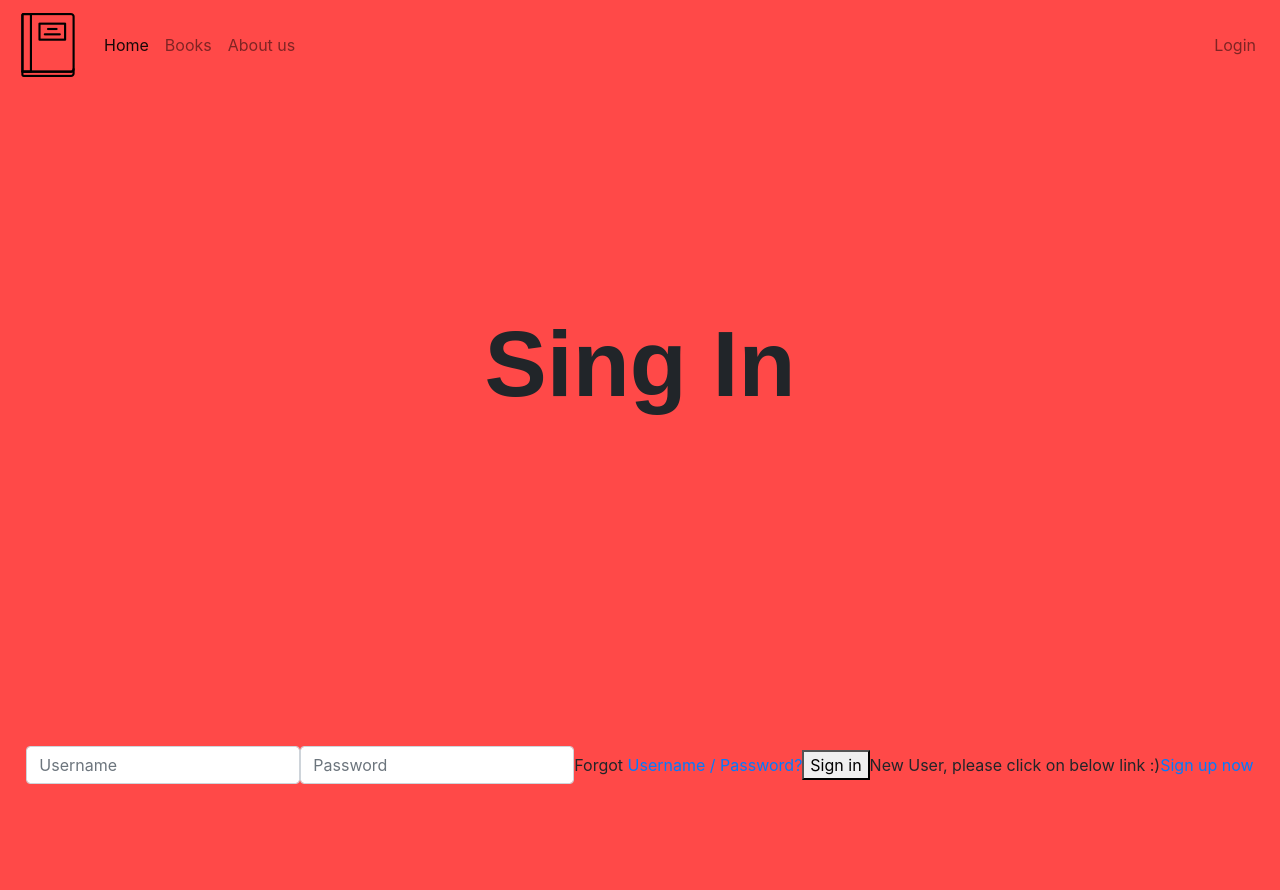
Repository: abhishekgandhi2398/BookStore
Page: http://localhost/BookStore/ulogin.jsp
An editor plug-in stored every save of this project. The page is shown before and after the next save, followed by the edit.
The browser window is 1280 px wide. The pictures show the whole page.
The page is served by Tomcat 9. Other server files are loaded and not shown.

Above is the page before, as saved 2019-12-06 15:22:59.
Console error: TypeError: Cannot read properties of undefined (reading 'fn')

### ProjectJava/BookStore/WebContent/ulogin.jsp
<%@ page language="java" contentType="text/html; charset=ISO-8859-1"
    pageEncoding="ISO-8859-1"%>
<!DOCTYPE html>
<html>
<head>
<meta charset="ISO-8859-1">

<link rel="stylesheet" href="https://maxcdn.bootstrapcdn.com/bootstrap/4.0.0/css/bootstrap.min.css">
<script src="https://maxcdn.bootstrapcdn.com/bootstrap/4.0.0/js/bootstrap.min.js"></script>


<title>Insert title here</title>
</head>
<body>


<nav class="navbar navbar-expand-lg navbar-light" style="background-color: #FF4948">
  <img src="img/logo.png" class="navbar-brand">
  <button class="navbar-toggler" type="button" data-toggle="collapse" data-target="#navbarTogglerDemo02" aria-controls="navbarTogglerDemo02" aria-expanded="false" aria-label="Toggle navigation">
    <span class="navbar-toggler-icon"></span>
  </button>

  <div class="collapse navbar-collapse" id="navbarTogglerDemo02">
    <ul class="navbar-nav mr-auto mt-2 mt-lg-0">
      <li class="nav-item active">
        <a class="nav-link" href="1.jsp">Home <span class="sr-only">(current)</span></a>
      </li>
      <li class="nav-item">
        <a class="nav-link" href="User_Products.jsp">Books</a>
      </li>
      <li class="nav-item">
        <a class="nav-link" href="#">About us</a>
      </li>
    </ul>

    <form class="form-inline my-2 my-lg-0">
        <ul class="navbar-nav mr-auto mt-2 mt-lg-0">

     <%
String q=(String)session.getAttribute("mobno");

if(q==null)
{
     %>
       <li class="nav-item">
        <a class="nav-link" href="ulogin.jsp">Login</a>
      </li>
<%}
else
{ %>
      <li class="nav-item">
        <a class="nav-link" href="vc.jsp">View Cart</a>
      </li>
      <li class="nav-item">
        <a class="nav-link" href="vieworderuser.jsp">View Orders</a>
      </li>
        <li class="nav-item">
        <a class="nav-link" href="ulogout.jsp">Logout</a>
      </li>

  <%      }


%>
      </ul>


    </form>
  </div>
</nav>



				<form class="login100-form validate-form p-l-55 p-r-55 p-t-178" method="get" action="login.jsp">


<div style="background-color: #FF4948; height: 550px; width: 100%;" class="d-flex justify-content-center  align-items-center">





					<b style="font-family: sans-serif; font-size: 70pt;">Sing In</b>

</div>

<div style="background-color: #FF4948; height: 250px; width: 100%;" class="d-flex justify-content-center  align-items-center">

					<br>
					<br>

					<div class="wrap-input100 validate-input m-b-16" data-validate="Please enter Mobile No.">
						<input class="form-control" type="number" name="mobile" placeholder="Username">
						<span class="focus-input100"></span>
					</div>

					<div class="wrap-input100 validate-input" data-validate = "Please enter password">
						<input class="form-control" type="password" name="password" placeholder="Password">
						<span class="focus-input100"></span>
					</div>

					<div class="text-right p-t-13 p-b-23">
						<span class="txt1">
							Forgot
						</span>

						<a href="#" class="txt2">
							Username / Password?
						</a>
					</div>

					<div class="container-login100-form-btn">
						<button class="login100-form-btn">
							Sign in
						</button>
					</div>


					<br>

						<span class="txt1 p-b-">
							New User, please click on below link :)
						</span>
					<br>
					<br>

						<a href="new_user.jsp" class="txt3">
							Sign up now
						</a>
					<br>
					<br>
	</div>

			</div>
</form>

</body>
</html>

After the next save:
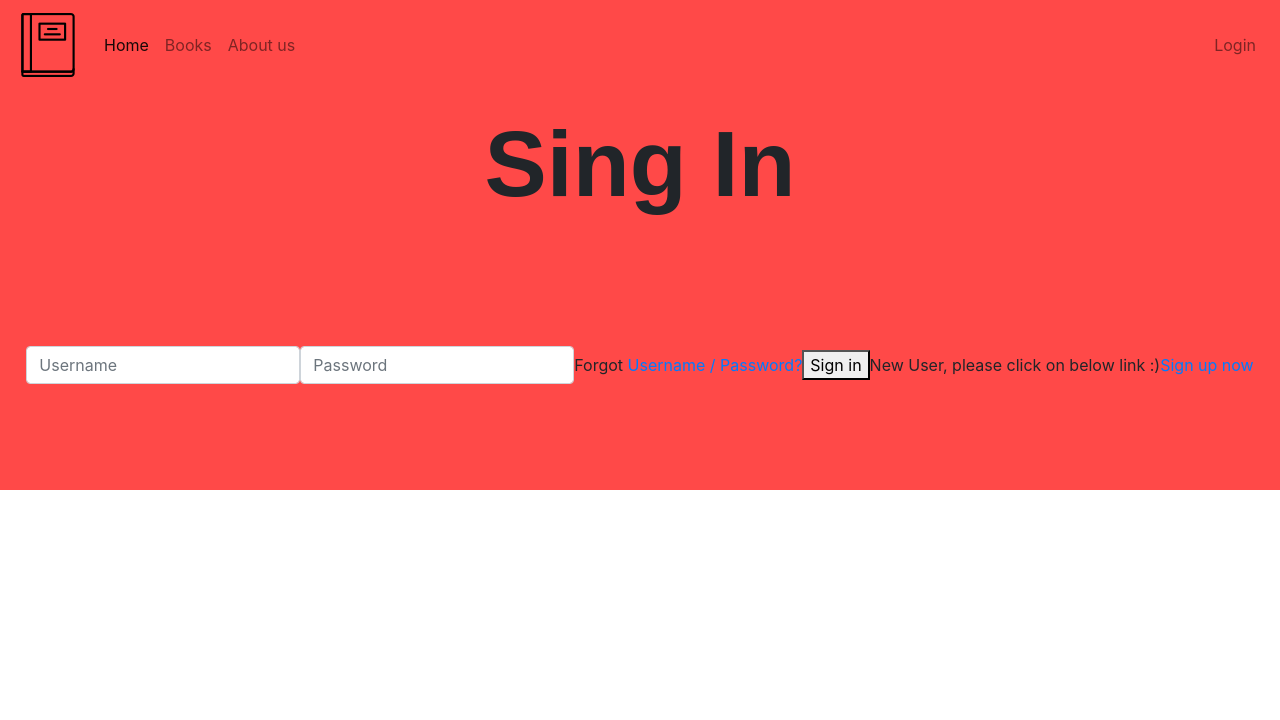
Saved 25 s later.
--- a/ProjectJava/BookStore/WebContent/ulogin.jsp
+++ b/ProjectJava/BookStore/WebContent/ulogin.jsp
@@ -74,7 +74,7 @@ else
 				<form class="login100-form validate-form p-l-55 p-r-55 p-t-178" method="get" action="login.jsp">
 
 
-<div style="background-color: #FF4948; height: 550px; width: 100%;" class="d-flex justify-content-center  align-items-center">
+<div style="background-color: #FF4948; height: 150px; width: 100%;" class="d-flex justify-content-center  align-items-center">
 
 
 
